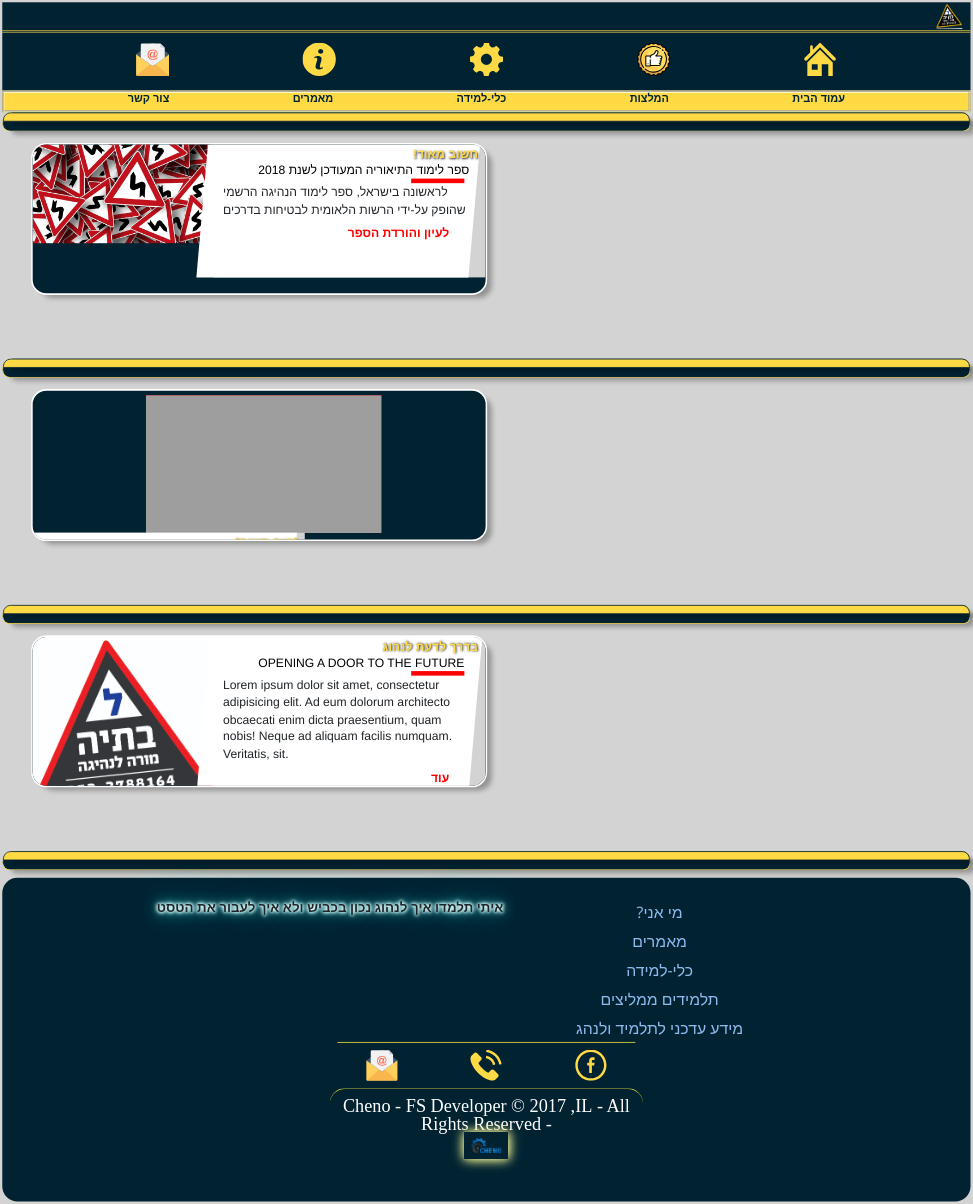
Repository: ChenGinsberg/BatyaLamed-site
Page: index.html
The author's editor kept a copy of each file at every save. The page is drawn from the files as they stood at one save, then again after a run of saves.
The browser window is 1280 px wide. The pictures show the whole page, at 76% of full size.
Pictures or frames that could not be fetched are drawn as grey boxes. Some web libraries are served in a nearby version.

Above is the page before, as saved 2017-11-27 10:41:20.

### index.html
<!DOCTYPE html>
<html lang="en">

<head>
    <meta charset="UTF-8">
    <meta name="viewport" content="width=device-width, initial-scale=1.0">
    <meta http-equiv="X-UA-Compatible" content="ie=edge">
    <title>Batya</title>

    <script type="text/javascript" src="http://app.sliderui.com/sliders/zrkchs.js"></script>
    <script src="https://code.jquery.com/jquery-3.2.1.slim.min.js" integrity="sha384-KJ3o2DKtIkvYIK3UENzmM7KCkRr/rE9/Qpg6aAZGJwFDMVNA/GpGFF93hXpG5KkN"
        crossorigin="anonymous"></script>
    <script src="https://cdnjs.cloudflare.com/ajax/libs/popper.js/1.12.3/umd/popper.min.js" integrity="sha384-vFJXuSJphROIrBnz7yo7oB41mKfc8JzQZiCq4NCceLEaO4IHwicKwpJf9c9IpFgh"
        crossorigin="anonymous"></script>
    <script src="https://maxcdn.bootstrapcdn.com/bootstrap/4.0.0-beta.2/js/bootstrap.min.js" integrity="sha384-alpBpkh1PFOepccYVYDB4do5UnbKysX5WZXm3XxPqe5iKTfUKjNkCk9SaVuEZflJ"
        crossorigin="anonymous"></script>
    <link rel="stylesheet" href="https://maxcdn.bootstrapcdn.com/bootstrap/4.0.0-beta.2/css/bootstrap.min.css" integrity="sha384-PsH8R72JQ3SOdhVi3uxftmaW6Vc51MKb0q5P2rRUpPvrszuE4W1povHYgTpBfshb"
        crossorigin="anonymous">
    <link href="https://fonts.googleapis.com/css?family=Varela+Round&amp;subset=hebrew" rel="stylesheet">
    <link rel="stylesheet" type="text/css" href="style/reset.css">
    <link rel="stylesheet" type="text/css" href="style/style.css">
    <link rel="stylesheet" type="text/css" href="style/nav.css">
    <link rel="stylesheet" type="text/css" href="style/slider.css">
    <link rel="stylesheet" type="text/css" href="style/infoBox.css">
    <link rel="stylesheet" type="text/css" href="style/footer.css">
</head>

<body lang="rtl">
    <!-- nav-bar -->
    <div class="logoContainer">
        <img src="image/batyaLogo.jpg" class="logo-nav">
    </div>
    <nav class="navbar-blue">

        <div class="nav-icons">
            <a>
                <img src="image/email.svg" class="nav--icon">
            </a>
            <a href="aticles.html">
                <img src="image/icon.svg" class="nav--icon">
            </a>
            <a href="tools.html">
                <img src="image/settings-work-tool.svg" class="nav--icon">
            </a>
            <a href="recommendsPage.html">
                <img src="image/recommended.svg" class="nav--icon">
            </a>
            <a href="index.html">
                <img src="image/house-outline.svg" class="nav--icon">

            </a>
        </div>
        <br>
        <div class="nav-text">
            <span class="nav-iconn">צור קשר</span>
            <span class="nav-iconn">מאמרים</span>
            <span class="nav-iconn">כלי-למידה</span>
            <span class="nav-iconn">המלצות</span>
            <span class="nav-iconn">עמוד הבית</span>
        </div>
    </nav>

    <!-- slider - linked at the head -->

    <div data-slider-id="zrkchs" class="sliderCSS"></div>
    <div class="blueHR">
        <div class="yellowHR"></div>
    </div>
    <!-- infoBox -->
    <div class="blog-card">
        <div class="photo photo1"></div>
        <div class="description">
            <span class="infoBox_header">חשוב מאוד!
            </span>
            <h2>ספר לימוד התיאוריה המעודכן לשנת 2018</h2>
            <p class="summary">לראשונה בישראל, ספר לימוד הנהיגה הרשמי שהופק על-ידי הרשות הלאומית לבטיחות בדרכים</p>
            <a href="http://rsa.digitaler.co.il/rsa1/">לעיון והורדת הספר</a>
        </div>
    </div>
    <div class="blueHR">
        <div class="yellowHR"></div>
    </div>
    <div class="blog-card">
        <div class="photo2"></div>
        <div class="description">
            <span class=" infoBox_header ">*טיפ חשוב*</span>
            <h2>ללמוד נהיגה - איך מתחילים ואיך מסיימים?</h2>
            <a href="# "> עוד</a>
        </div>
    </div>
    <div class="blueHR ">
        <div class="yellowHR "></div>
    </div>
    <div class="blog-card ">
        <div class="photo photo3 ">
        </div>
        <div class="description ">
            <span class="infoBox_header ">בדרך לדעת לנהוג</span>
            <h2>Opening a door to the future</h2>
            <p class="summary ">Lorem ipsum dolor sit amet, consectetur adipisicing elit. Ad eum dolorum architecto obcaecati enim dicta praesentium,
                quam nobis! Neque ad aliquam facilis numquam. Veritatis, sit.</p>
            <a href="# ">עוד</a>
        </div>
    </div>
    <div class="blueHR ">
        <div class="yellowHR "></div>
    </div>
    <!-- FOOTER -->
    <footer class="flex-rw ">
        <p class="footer-quate ">איתי תלמדו איך לנהוג נכון בכביש ולא איך לעבור את הטסט</p>

        <ul class="footer-list-top ">

            <li>
                <a href='/shop/about-mission' class="generic-anchor footer-list-anchor " itemprop="significantLink ">?מי אני</a>
            </li>
            <li>
                <a href='/promos.html' class="generic-anchor footer-list-anchor " itemprop="significantLink ">מאמרים</a>
            </li>
            <li>
                <a href='/retailers/new-retailers.html' class="generic-anchor footer-list-anchor " itemprop="significantLink ">כלי-למידה</a>
            </li>

            <li>
                <a href='/job-openings.html' itemprop="significantLink " class="generic-anchor footer-list-anchor ">תלמידים ממליצים</a>
            </li>

            <li>
                <a href='/shop/about-show-schedule' class="generic-anchor footer-list-anchor " itemprop="significantLink ">מידע עדכני לתלמיד ולנהג</a>
            </li>
        </ul>
        <ul class="footer-list-top ">
            <li>
                <section class="footer-social-section flex-rw ">
                    <img src="image/email.svg " class="footer-svg ">
                    <img src="image/telephone.svg " class="footer-svg ">
                    <img src="image/social-facebook-circular-button.svg " class="footer-svg ">

                </section>
                <section class="footer-bottom-section flex-rw ">
                    <div class="footer-bottom-wrapper ">
                        <i class="fa fa-copyright " role="copyright ">

                        </i> Cheno - FS Developer © 2017
                        <address class="footer-address " role="company address "> ,IL</address>
                        <span class="footer-bottom-rights "> - All Rights Reserved - </span>
                    </div>
                    <div class="footer-bottom-wrapper ">

                        <img src="/image/Chenologo.png " class="chen-icon ">

                    </div>
                </section>
    </footer>


</body>

</html>

### style/reset.css
html,
body,
div,
span,
applet,
object,
iframe,
h1,
h2,
h3,
h4,
h5,
h6,
p,
blockquote,
pre,
a,
abbr,
acronym,
address,
big,
cite,
code,
del,
dfn,
em,
img,
ins,
kbd,
q,
s,
samp,
small,
strike,
strong,
sub,
sup,
tt,
var,
b,
u,
i,
center,
dl,
dt,
dd,
ol,
ul,
li,
fieldset,
form,
label,
legend,
table,
caption,
tbody,
tfoot,
thead,
tr,
th,
td,
article,
aside,
canvas,
details,
embed,
figure,
figcaption,
footer,
header,
hgroup,
menu,
nav,
output,
ruby,
section,
summary,
time,
mark,
audio,
video {
    margin: 0;
    padding: 0;
    border: 0;
    font-size: 100%;
    font: inherit;
    vertical-align: baseline;
}


/* HTML5 display-role reset for older browsers */

article,
aside,
details,
figcaption,
figure,
footer,
header,
hgroup,
menu,
nav,
section {
    display: block;
}

body {
    line-height: 1;
}

ol,
ul {
    list-style: none;
    padding: 0;
    margin: 0;
}

blockquote,
q {
    quotes: none;
}

blockquote:before,
blockquote:after,
q:before,
q:after {
    content: '';
    content: none;
}

table {
    border-collapse: collapse;
    border-spacing: 0;
}

### style/style.css
body {
    background-color: lightgray;
    margin: 2.8px;
}

### style/nav.css
/* NAV */

.logoContainer {
    background-color: #012231;
    height: 40px;
    width: 100%;
    border-bottom: double;
    border-bottom-color: #FFDA44;
}

.logo-nav {
    height: 34px;
    position: absolute;
    right: 1%;
    top: 5px;
}

.navbar-blue {
    background-color: #012231;
    width: 100%;
}

.nav-icons {
    display: flex;
    flex-direction: row;
    flex-wrap: wrap;
    width: 100%;
    justify-content: space-evenly;
}

.nav--icon {
    width: 44px;
    margin-top: 13px;
}

.nav-text {
    color: #012231;
    background-color: #FFDA44;
    font-family: sans-serif;
    height: 29px;
    border: groove;
    border-color: ivory;
    font-weight: bold;
    font-size: 0.9em;
    display: flex;
    flex-direction: row;
    flex-wrap: wrap;
    width: 100%;
    justify-content: space-evenly;
}

.yellowHR {
    background-color: #FFDA44;
    height: 12px;
    border-radius: 10px 10px 0px 0px;
    border: 1px solid #012231;
    box-shadow: 9px 7px 7px -3px rgba(0, 0, 0, 0.3);
}

.blueHR {
    background-color: #012231;
    height: 25px;
    border-radius: 15px 11px 10px 10px;
    box-shadow: 9px 7px 7px -3px rgba(0, 0, 0, 0.3);
    margin-bottom: 10px;
    border-bottom: 1px solid #FFDA44;
    border-left: 1px solid #FFDA44;
    border-right: 1px solid #FFDA44;
}

.nav-iconn:hover {
    background: red;
}

### style/slider.css
.container {
    margin: 10px auto;
    width: 93%;
    height: 200px;
    overflow: hidden;
    position: relative;
    box-shadow: 2px 7px 36px 0px #012231;
}

.photo_slider {
    position: absolute;
    animation: round 3s infinite;
    opacity: 0;
    width: 100%;
    left: 0%;
    height: 100%;
}

@keyframes round {
    25% {
        opacity: 1;
    }
    40% {
        opacity: 0;
    }
}

img:nth-child(1) {
    animation-delay: 12s;
}

img:nth-child(2) {
    animation-delay: 8s;
}

img:nth-child(3) {
    animation-delay: 4s;
}

img:nth-child(4) {
    animation-delay: 0s;
}

.bx-wrapper {
    margin-bottom: 10px;
}

### style/infoBox.css
@import url(https://fonts.googleapis.com/css?family=Open+Sans:400,700|Roboto:400,700);
.blog-card {
    transition: height 0.3s ease;
    -webkit-transition: height 0.3s ease;
    border-radius: 20px;
    box-shadow: 9px 7px 7px -3px rgba(0, 0, 0, 0.3);
    margin: 15px auto 6.6%;
    overflow: hidden;
    position: relative;
    font-size: 1em;
    -webkit-font-smoothing: antialiased;
    background-color: white;
    margin-left: 3%;
    margin-right: 3%;
    background-color: #012231;
    border: 2px solid white;
}

.blog-card:hover .details {
    left: 0;
}

.blog-card:hover.alt .details {
    right: 0;
}

.blog-card.alt .details {
    right: -100%;
    left: inherit;
}

.blog-card .photo {
    height: 257.6px;
    position: relative;
}

.blog-card .photo.photo1 {
    height: 130px;
    background: url("../image/red-article.png") center no-repeat;
    background-size: cover;
}

.blog-card .photo2 {
    background-image: url("https://i.pinimg.com/originals/f4/fa/d5/f4fad5ff3990dc189ff19cc8a0a3cc14.jpg");
    background-color: red;
    background-size: cover;
    height: 181px;
    width: 52%;
    position: relative;
    left: 25%;
    margin-top: 6px;
}

.blog-card .photo.photo3 {
    background: url("../image/nitzan _ logo nehiga-03.jpg") center no-repeat;
    background-size: cover;
}

.blog-card .details {
    transition: all 0.3s ease;
    -webkit-transition: all 0.3s ease;
    background: rgba(0, 0, 0, 0.6);
    box-sizing: border-box;
    color: #fff;
    font-family: "Open Sans";
    list-style: none;
    margin: 0;
    padding: 10px 15px;
    height: 200px;
    /*POSITION*/
    position: absolute;
    top: 0;
    left: -100%;
}

.blog-card .details>li {
    padding: 3px 0;
}

.blog-card .details li:before,
.blog-card .details .tags ul:before {
    font-family: FontAwesome;
    margin-right: 10px;
    vertical-align: middle;
}

.blog-card .details .author:before {
    content: "\f007";
}

.blog-card .details .date:before {
    content: "\f133";
}

.blog-card .details .tags ul {
    list-style: none;
    margin: 0;
    padding: 0;
}

.blog-card .details .tags ul:before {
    content: "\f02b";
}

.blog-card .details .tags li {
    display: inline-block;
    margin-right: 3px;
}

.blog-card .details a {
    color: inherit;
    border-bottom: 1px dotted;
}

.blog-card .details a:hover {
    color: #75D13B;
}

.blog-card .description {
    padding: 5px 12px 40px;
    box-sizing: border-box;
    position: relative;
    background-color: lightgray;
}

.blog-card .description .infoBox_header {
    direction: rtl;
    font-family: "Roboto";
    line-height: 1em;
    position: absolute;
    right: 10px;
    font-family: "Open Sans Hebrew", "Helvetica Neue", Helvetica, Arial, sans-serif;
    color: #FFDA44;
    font-weight: bold;
    text-shadow: 1px 1px 3px black;
}

.blog-card .description h2 {
    color: black;
    line-height: 1.2em;
    text-transform: uppercase;
    font-size: 1em;
    font-weight: 400;
    margin: 1.2% 0;
    position: relative;
    top: 15px;
    left: 13.9%;
    font-family: "Open Sans Hebrew", "Helvetica Neue", Helvetica, Arial, sans-serif;
    direction: rtl;
    text-shadow: 1.8px 0.9px 0.1px white;
}

.blog-card .description p {
    position: relative;
    margin: 0;
    padding-top: 20px;
    line-height: 22.7px;
    font-family: "Open Sans Hebrew", "Helvetica Neue", Helvetica, Arial, sans-serif;
}

.blog-card .description p:after {
    content: "";
    background: red;
    height: 6px;
    width: 70px;
    position: absolute;
    top: 13px;
    right: 16px;
}

.blog-card .description a {
    color: red;
    margin-bottom: 9px;
    font-family: "Open Sans Hebrew", "Helvetica Neue", Helvetica, Arial, sans-serif;
    font-weight: bolder;
    float: right;
    margin-right: 10%;
    margin-top: 12px;
}

.blog-card .description a:after {
    transition: all 0.3s ease;
    -webkit-transition: all 0.3s ease;
    content: "\f061";
    font-family: FontAwesome;
    margin-left: -10px;
    opacity: 0;
    vertical-align: middle;
}

.blog-card .description a:hover:after {
    margin-left: 5px;
    opacity: 1;
}

@media screen and (min-width: 600px) {
    .blog-card {
        height: 200px;
        max-width: 600px;
    }
    .blog-card:hover .photo {
        -webkit-transform: rotate(5deg) scale(1.3);
        transform: rotate(5deg) scale(1.3);
    }
    .blog-card:hover.alt .photo {
        -webkit-transform: rotate(-5deg) scale(1.3);
        transform: rotate(-5deg) scale(1.3);
    }
    .blog-card.alt .details {
        padding-left: 30px;
    }
    .blog-card.alt .description {
        float: right;
    }
    .blog-card.alt .description:before {
        -webkit-transform: skewX(5deg);
        transform: skewX(5deg);
        right: -15px;
        left: inherit;
    }
    .blog-card.alt .photo {
        float: right;
    }
    .blog-card .photo {
        transition: all 0.5s ease;
        -webkit-transition: all 0.5s ease;
        float: left;
        height: 100%;
        width: 40%;
    }
    .blog-card .details {
        width: 40%;
    }
    .blog-card .description {
        float: left;
        width: 60%;
        z-index: 0;
    }
    .blog-card .description:before {
        -webkit-transform: skewX(-5deg);
        transform: skewX(-5deg);
        content: "";
        background: #fff;
        width: 100%;
        z-index: -1;
        /*POSITION*/
        position: absolute;
        left: -15px;
        top: 0;
        bottom: 0;
    }
}

### style/footer.css
.footer-svg {
    height: 41px;
    width: 57px;
}

.chen-icon {
    width: 15%;
    position: relative;
    bottom: 4%;
    left: 0%;
    box-shadow: 0 0 1px #fff, 0 0 1px #fff, 0 0 0px #e3e98e, 0 0 17px #e3e98e, 0 0 13px #e3e98e;
}

.footer-quate {
    text-align: center;
    font-family: 'Varela Round', sans-serif;
    position: relative;
    font-size: 1.1em;
    border-radius: 3px;
    transition: all 0.3s ease;
    text-shadow: 0 0 5px #fff, 0 0 10px #fff, 0 0 5px #fff, 0 0 5px #0ff, 0 0 0px #0ff, 0 0 90px #0ff, 0 0 20px #0ff, 0 0 50px #0ff;
    font-weight: bold;
}

.generic-anchor {
    color: #8DB9ED;
}

.generic-anchor:visited {
    color: #909090;
}

.generic-anchor:hover {
    color: #ccc;
}

.flex-rw {
    display: -webkit-box;
    display: -ms-flexbox;
    display: flex;
    -ms-flex-flow: row wrap;
    flex-flow: row wrap;
    justify-content: center;
    border-radius: 20px;
}

footer {
    background: #012231;
    margin-top: auto;
    padding: 31.2px 20px;
}

.footer-list-top {
    width: 33.333%;
    -webkit-padding-start: 0px;
}

.footer-list-top>li {
    text-align: center;
    padding-bottom: 10px;
    list-style: none;
}

.footer-list-header {
    padding: 10px 0 5px 0;
    color: #fff;
    font: 2.3vw "Oswald", sans-serif;
}

.footer-list-anchor {
    font: 1.3em "Open Sans", sans-serif;
}

.footer-social-section {
    width: 100%;
    -webkit-box-align: center;
    -ms-flex-align: center;
    align-items: center;
    -ms-flex-pack: distribute;
    justify-content: space-around;
    position: relative;
    margin-top: 5px;
}

.footer-social-section::after {
    content: "";
    position: absolute;
    z-index: 1;
    top: -25%;
    left: 10px;
    border-top: 1px solid #F4EE3A;
    width: calc(100% - 20px);
}

.footer-social-connect {
    display: -webkit-box;
    display: -ms-flexbox;
    display: flex;
    -webkit-box-align: center;
    -ms-flex-align: center;
    align-items: center;
    font: 3.5em "Oswald", sans-serif;
    color: #fff;
}

.footer-social-small {
    font-size: 0.6em;
    padding: 0px 20px;
}

.footer-social-overlap>a {
    font-size: 3em;
}

.footer-social-overlap>a:not(:first-child) {
    margin-left: 0.38em;
}

.footer-bottom-section {
    width: 100%;
    padding: 10px;
    border-top: 1px solid #F4EE3A;
    margin-top: 10px;
}

.footer-bottom-section>div:first-child {
    margin-right: auto;
}

.footer-bottom-wrapper {
    font-size: 1.5em;
    color: #fff;
}

.footer-address {
    display: inline;
    font-style: normal;
}

@media only screen and (max-width: 768px) {
    .footer-list-header {
        font-size: 2em;
    }
    .footer-list-anchor {
        font-size: 1.1em;
    }
    .footer-social-connect {
        font-size: 2.5em;
    }
    .footer-social-overlap>a {
        font-size: 2.24em;
    }
    .footer-bottom-wrapper {
        font-size: 1.3em;
    }
}

@media only screen and (max-width: 568px) {
    main {
        font-size: 5em;
    }
    .footer-list-top {
        width: 86%;
    }
    .footer-list-header {
        font-size: 3em;
    }
    .footer-list-anchor {
        font-size: 1.5em;
    }
    .footer-social-section {
        -webkit-box-pack: center;
        -ms-flex-pack: center;
        justify-content: center;
    }
    .footer-social-connect {
        margin-bottom: 10px;
        padding: 0 10px;
    }
    .footer-social-overlap {
        display: -webkit-box;
        display: -ms-flexbox;
        display: flex;
        -webkit-box-pack: center;
        -ms-flex-pack: center;
        justify-content: center;
    }
    .footer-social-icons-wrapper {
        width: 100%;
        padding: 0;
    }
    .footer-social-overlap>a:not(:first-child) {
        margin-left: 20px;
    }
    .footer-bottom-section {
        padding: 0 5px 0 5px;
    }
    .footer-bottom-wrapper {
        text-align: center;
        width: 100%;
        margin-top: 10px;
    }
}

@media only screen and (max-width: 480px) {
    .footer-social-overlap>a {
        margin: auto;
    }
    .footer-social-overlap>a:not(:first-child) {
        margin-left: 0;
    }
    .footer-bottom-rights {
        display: block;
    }
}

@media only screen and (max-width: 320px) {
    .footer-list-header {
        font-size: 2.2em;
    }
    .footer-list-anchor {
        font-size: 1.2em;
    }
    .footer-social-connect {
        font-size: 2.4em;
    }
    .footer-social-overlap>a {
        font-size: 2.24em;
    }
    .footer-bottom-wrapper {
        font-size: 0.8em;
        ;
    }
}

After the next 2 saves:
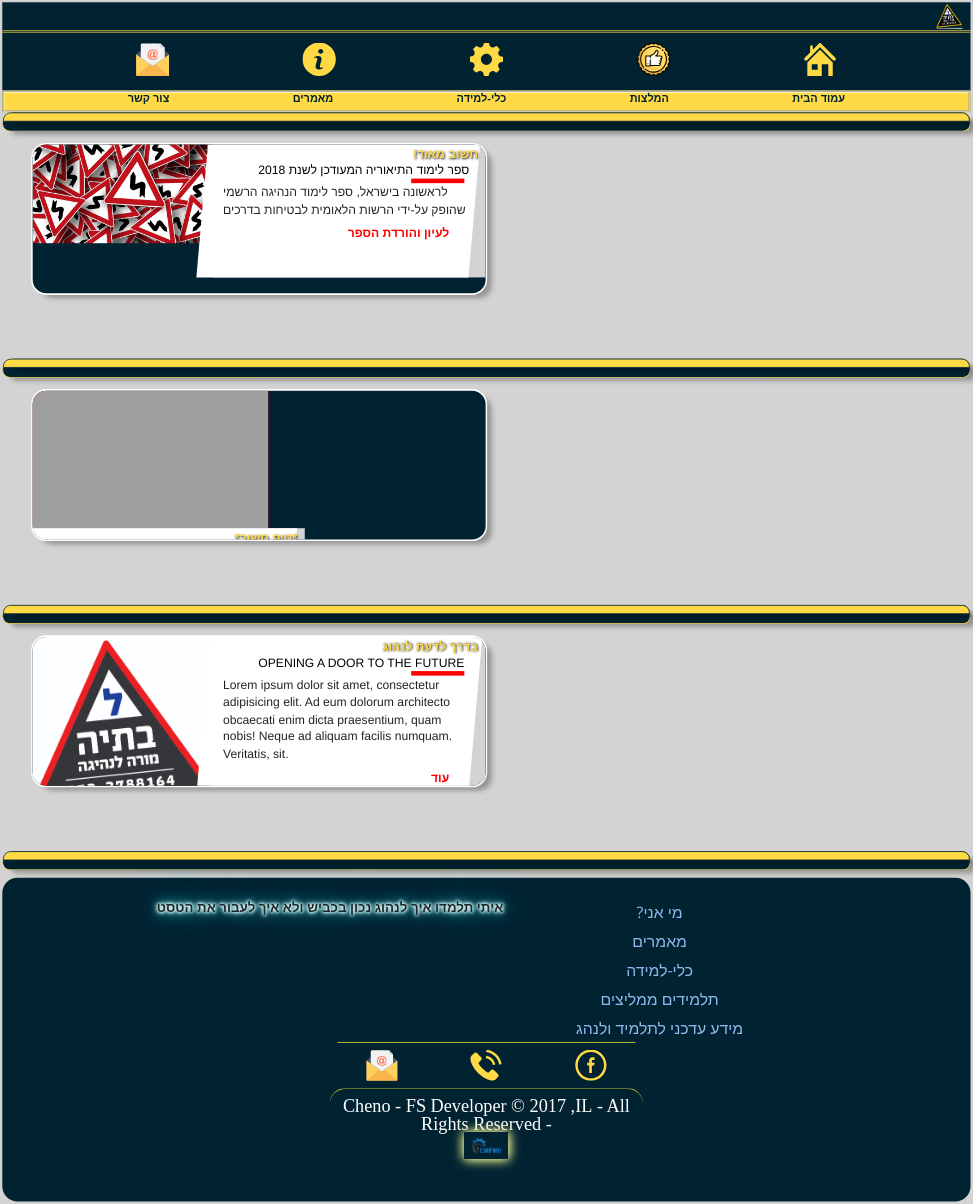
The 2 saves are shown as one change because they came seconds apart.
The last was saved 7 s later.
--- a/style/infoBox.css
+++ b/style/infoBox.css
@@ -47,8 +47,6 @@
     height: 181px;
     width: 52%;
     position: relative;
-    left: 25%;
-    margin-top: 6px;
 }
 
 .blog-card .photo.photo3 {
